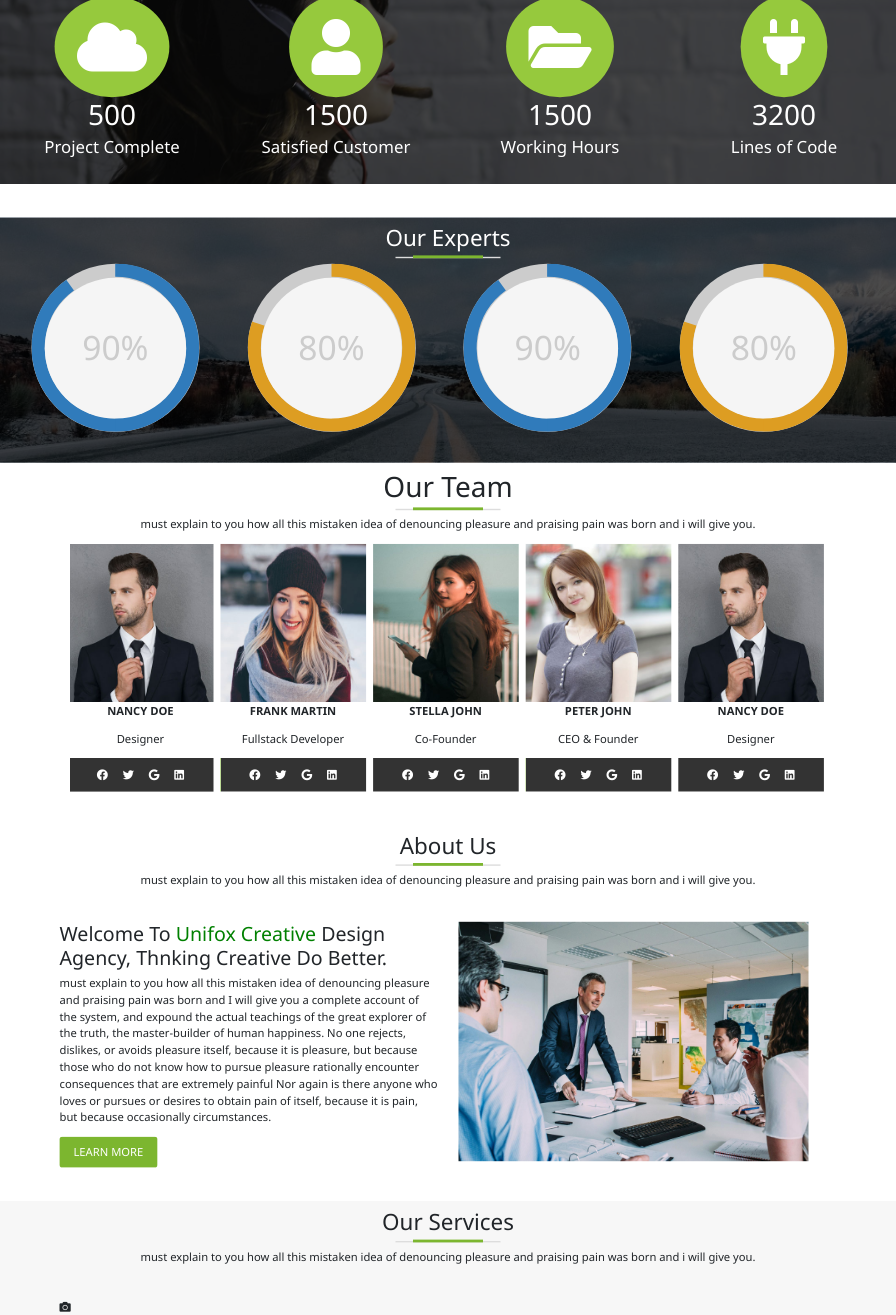
Repository: ibrkhalil/Uniforce-First-Attempt
Page: index.html
An editor plug-in stored every save of this project. The page is shown before and after the next save, followed by the edit.
The browser window is 1280 px wide. The pictures show the part of the page from y = 757 to 2677 px (the page is 2636 px tall before and 2677 px after), at 70% of full size.
Backgrounds fixed to the window are drawn as part of the page.

Above is the page before, as saved 2021-01-24 02:41:59.

### index.html
<!DOCTYPE html>
<html lang="en">
  <head>
    <meta charset="UTF-8" />
    <link rel="stylesheet" href="./bootstrap.min.css" />
    <link rel="stylesheet" href="owl.carousel.css" />
    <link rel="preconnect" href="https://fonts.gstatic.com" />
    <link rel="stylesheet" href="./jquery-ui.css" />
    <link
      rel="stylesheet"
      href="https://use.fontawesome.com/releases/v5.15.2/css/all.css"
      integrity="sha384-vSIIfh2YWi9wW0r9iZe7RJPrKwp6bG+s9QZMoITbCckVJqGCCRhc+ccxNcdpHuYu"
      crossorigin="anonymous"
    />
    <link rel="stylesheet" href="./circle.css" />
    <link
      href="https://fonts.googleapis.com/css2?family=Open+Sans&display=swap"
      rel="stylesheet"
    />
    <link rel="stylesheet" href="style.css" />
    <meta name="viewport" content="width=device-width, initial-scale=1.0" />
    <title>Unifox</title>
  </head>

  <body>
    <div class="main-nav">
      <nav
        class="navbar navbar-expand-lg justify-content-around sticky-top navbar-fixed-top"
      >
        <!-- <div class="container"> -->
        <a class="navbar-brand" href="#"><h3 class="unifox">UNIFOX</h3></a>
        <button
          class="navbar-toggler"
          type="button"
          data-toggle="collapse"
          data-target="#navbarSupportedContent"
          aria-controls="navbarSupportedContent"
          aria-expanded="false"
          aria-label="Toggle navigation"
        >
          <span class="fa fa-bars fa-3x"></span>
        </button>
        <div class="">
          <div class="nav-items">
            <div class="collapse navbar-collapse" id="navbarSupportedContent">
              <ul class="navbar-nav mr-auto">
                <li class="item">
                  <a class="nav-link active" href="#">HOME</a>
                </li>
                <li class="nav-item"><a class="nav-link" href="#">ABOUT</a></li>
                <li class="nav-item">
                  <a class="nav-link" href="#">SERVICES</a>
                </li>
                <li class="nav-item">
                  <a class="nav-link" href="#">POROFOLIO</a>
                </li>
                <li class="nav-link"><a href="#">PRICES</a></li>
                <li class="nav-link"><a href="#">TEAM</a></li>
                <li class="nav-link"><a href="#">TESTIMONIALS</a></li>
                <li class="nav-link"><a href="#">BLOG</a></li>
                <li class="nav-link"><a href="#">CONTACT</a></li>
              </ul>
            </div>
          </div>
        </div>

        <!-- </div> -->
      </nav>

      <!-- nav end -->

      <div class="jumbotron">
        <h1 class="display-4 jumbo-main-text">
          <strong>Unifox Creative & Unique.</strong>
        </h1>
        <p class="lead jumbo-subtext">
          Unifox Denounce With Righteous Indignation And Dislike Men Who Are So
          Beguiled And Demoralized By The Charms Of Pleasure Of The Moment.
        </p>

        <div class="jumbo-btns">
          <p class="lead">
            <a class="btn jumbo-btn btn-primary btn-lg" href="#" role="button"
              >Download Now</a
            >
          </p>
          <p class="lead">
            <a class="btn jumbo-btn btn-primary btn-lg" href="#" role="button"
              >Discover More</a
            >
          </p>
        </div>
      </div>
      <!-- jumbotron end -->
      <!-- heading end -->
    </div>
    <div class="counting-number parallax">
      <div class="container-fluid">
        <div class="row">
          <div class="col-md-3">
            <i class="fa counting-icon fa-cloud fa-5x"></i>
            <h1 class="counter" data-count="500">0</h1>
            <h4>Project Complete</h4>
          </div>
          <div class="col-md-3">
            <i class="fa counting-icon fa-user fa-5x"></i>
            <h1 class="counter" data-count="1500">0</h1>
            <h4>Satisfied Customer</h4>
          </div>
          <div class="col-md-3">
            <i class="fa counting-icon fa-folder-open fa-5x"></i>
            <h1 class="counter" data-count="1500">0</h1>
            <h4>Working Hours</h4>
          </div>
          <div class="col-md-3">
            <i class="fa counting-icon fa-plug fa-5x"></i>
            <h1 class="counter" data-count="3200">0</h1>
            <h4>Lines of Code</h4>
          </div>
        </div>
      </div>
    </div>

    <br />
    <br />

    <!-- Counting number div -->
    <div class="our-experts-main">
      <h2 class="our-experts-word line">Our Experts</h2>

      <div class="our-experts">
        <div class="clearfix circular-icons">
          <div class="c100 p90 big blue">
            <span>90%</span>
            <div class="slice">
              <div class="bar"></div>
              <div class="fill"></div>
            </div>
          </div>
          <div class="c100 p80 big orange">
            <span>80%</span>
            <div class="slice">
              <div class="bar"></div>
              <div class="fill"></div>
            </div>
          </div>
          <div class="c100 p90 big blue">
            <span>90%</span>
            <div class="slice">
              <div class="bar"></div>
              <div class="fill"></div>
            </div>
          </div>

          <div class="c100 p80 big orange">
            <span>80%</span>
            <div class="slice">
              <div class="bar"></div>
              <div class="fill"></div>
            </div>
          </div>
        </div>
        <!-- /green -->

        <!-- orange -->
        <div class="clearfix"></div>
      </div>
    </div>

    <!-- experts end -->

    <div class="our-team">
      <div class="container">
        <div class="our-team-text">
          <h1 class="line">Our Team</h1>

          <p>
            must explain to you how all this mistaken idea of denouncing
            pleasure and praising pain was born and i will give you.
          </p>
        </div>
        <div class="top-content">
          <div class="container-fluid">
            <div class="owl-carousel owl-theme">
              <div class="item">
                <img
                  src="./images/1 (1).jpg"
                  class="img-fluid mx-auto d-block"
                  alt="img1"
                />
                <strong class="team-member-name">
                  <p>STELLA JOHN</p>
                </strong>
                <p>Co-Founder</p>
                <div class="social-media-icons" data-content="Link Hover">
                  <div
                    class="container d-flex justify-content-around align-items-center"
                  >
                    <i class="fab fa-facebook"></i>
                    <i class="fab fa-twitter"></i>
                    <i class="fab fa-google"></i>
                    <i class="fab fa-linkedin"></i>
                  </div>
                </div>
              </div>

              <div class="item">
                <img
                  src="./images/2 (1).jpg"
                  class="img-fluid mx-auto d-block"
                  alt="img2"
                />
                <strong class="team-member-name">
                  <p>PETER JOHN</p>
                </strong>
                <p>CEO & Founder</p>
                <div class="social-media-icons">
                  <div
                    class="container d-flex justify-content-around align-items-center"
                  >
                    <i class="fab fa-facebook"></i>
                    <i class="fab fa-twitter"></i>
                    <i class="fab fa-google"></i>
                    <i class="fab fa-linkedin"></i>
                  </div>
                </div>
              </div>

              <div class="item">
                <img
                  src="./images/3 (1).jpg"
                  class="img-fluid mx-auto d-block"
                  alt="img3"
                />
                <strong class="team-member-name">
                  <p>NANCY DOE</p>
                </strong>
                <p>Designer</p>
                <div class="social-media-icons">
                  <div
                    class="container d-flex justify-content-around align-items-center"
                  >
                    <i class="fab fa-facebook"></i>
                    <i class="fab fa-twitter"></i>
                    <i class="fab fa-google"></i>
                    <i class="fab fa-linkedin"></i>
                  </div>
                </div>
              </div>

              <div class="item">
                <img
                  src="./images/4.jpg"
                  class="img-fluid mx-auto d-block"
                  alt="img4"
                />
                <strong class="team-member-name">
                  <p>FRANK MARTIN</p>
                </strong>
                <p>Fullstack Developer</p>
                <div class="social-media-icons">
                  <div
                    class="container d-flex justify-content-around align-items-center"
                  >
                    <i class="fab fa-facebook"></i>
                    <i class="fab fa-twitter"></i>
                    <i class="fab fa-google"></i>
                    <i class="fab fa-linkedin"></i>
                  </div>
                </div>
              </div>
            </div>
          </div>
        </div>
      </div>
    </div>
        <section class="about-section my-5 green-bottom-border">
            <div class="container">
                <h2 class="line">About Us</h2>
                <p class="mb-5 aligny-center">must explain to you how all this mistaken idea of denouncing pleasure and praising pain was born and i will give you.</p>
                <div class="row">
                    <div class="col-md-6"><h3>Welcome To <span class="green-color">Unifox Creative</span> Design Agency, Thnking Creative Do Better.</h3><p>must explain to you how all this mistaken idea of denouncing pleasure and praising pain was born and I will give you a complete account of the system, and expound the actual teachings of the great explorer of the truth, the master-builder of human happiness. No one rejects, dislikes, or avoids pleasure itself, because it is pleasure, but because those who do not know how to pursue pleasure rationally encounter consequences that are extremely painful Nor again is there anyone who loves or pursues or desires to obtain pain of itself, because it is pain, but because occasionally circumstances.</p>
                    <a href="#" class="btn social-media-icons-invert">LEARN MORE</a>
                    </div>
                    <div class="col-md-6">
                        <img src="./about-bg.jpg" src="about" width="500px">
                    </div>
                </div>
            </div>
            </section>

            <section class="our-services">
                    <div class="container">

                        <h2 class="our-services-word line">
                            Our Services
                        </h2>
                        <p class="aligny-center mb-5">must explain to you how all this mistaken idea of denouncing pleasure and praising pain was born and i will give you.</p>
                        <div class="row">
                            <div class="col-md-4">
                                <i class="fas fa-camera"></i>

                            </div>
                            <div class="col-md-4"></div>
                            <div class="col-md-4"></div>
                        </div>

                    </div>
            </section>



    <script src="./jquery.js"></script>
    <script src="./jquery-ui.js"></script>
    <script src="./owl.carousel.js"></script>
    <script src="./owl.autoplay.js"></script>
    <script src="./bootstrap.js"></script>
    <script src="./script.js"></script>
  </body>
</html>

### style.css
*{
    margin: 0;
    padding: 0;
}
body{
    font-family: 'Segoe UI', Tahoma, Geneva, Verdana, sans-serif;
}
.nav-items{
    display: flex;
    width: 100%;
    justify-content: space-between;
}

.main-nav h3{
    font-family: 'Open Sans', sans-serif;
    font-weight: bold;
    font-size: x-large;
}
.main-nav{
    transition: all 200ms;
    font-size: small;
    background: linear-gradient(to right, #96c93d, #00b09b);
    height: 100vh;
}
.main-nav a{
    text-decoration: none;
    color: white;
    border: none;
}
 .main-nav li, .main-nav h3 {
    margin-top: 1rem;
}
.circular-icons{
    display: flex;
    justify-content: space-between;
}
.jumbotron{
    text-align: center;
    margin-top: 5rem;
    color: white;
    background-color: transparent;
}
.jumbo-btn{
    background-color: #7CB62F;
}

.navbar-fixed-top a:hover{
    color: #3e3e3e;
}
.navbar-fixed-top.scrolled {
    width: 100vw;
    background-color: #fff !important;
    /* padding: 0.5rem 0; */
    /* transition: all 200ms ease; */

  }
/* .navbar-fixed-top.scrolled  a{
    color: black;

  } */
  .navbar-fixed-top.scrolled  a:hover{
    color: gray;

  }
.jumbo-btns{
    display: flex;
    justify-content: center;
}
.jumbo-subtext{

    margin: 2rem auto;
    width: 50%;
}
.jumbo-main-text{
font-weight: 400;
}
.jumbo-btns p{
   margin-right: 0.5rem;
}
.lead-btns a{
    display: flex;
    border: none;
}
.parallax {
    background-image: url("./fun_facts_bg.jpg");
    height: 300px;
    background-blend-mode: overlay;
    background-attachment: fixed;
    background-position: center;
    background-repeat: no-repeat;
    background-size: cover;
    background-color: rgba(0, 0, 0,0.7);
    color: white;
    text-align: center;
    display: flex;
    align-items: center;
  }
  .parallax img {
      height: 300px;
      object-fit: cover;
  }
  .counting-icon{
      padding: 2rem;
      background-color: #96c93d ;
      border-radius: 50%;
  }
.jumbo-btn:hover{
    transition: 1s;
    background-color: black;
}
.line{
    position: relative;
    text-align: center;
    padding: 10px 0;
}
.line::after , .line::before{
    content: "";
    width: 100px;
    height: 4px;
    position: absolute;
    background-color: #7CB62F;
    left: 50%;
    transform: translate(-50%,0);
    bottom: 0;
}
.line::before{
    height: 2px;
    background-color: #ddd;
    width: 150px;
}


.clearfix:before,.clearfix:after {content: " "; display: table;}
.clearfix:after {clear: both;}
.clearfix {*zoom: 1;}


.our-experts-main{
    background-image: url("./skill-bg.jpg");
    height: 350px;
    background-blend-mode: overlay;
    background-attachment: fixed;
    background-position: center;
    background-repeat: no-repeat;
    background-size: cover;
    background-color: rgba(0, 0, 0,0.7);
    color: white;
}
.our-experts-main:first-child{
    display: flex;
    justify-content: center;
}
.our-experts h2{
    display: block !important;
}
.our-team{
    text-align: center;
}
@media (min-width: 768px) and (max-width: 991px) {
    /* Show 4th slide on md if col-md-4*/
    .carousel-inner .active.col-md-4.carousel-item + .carousel-item + .carousel-item + .carousel-item {
        position: absolute;
        top: 0;
        right: -33.3333%;  /*change this with javascript in the future*/
        z-index: -1;
        display: block;
        visibility: visible;
    }
}
@media (min-width: 576px) and (max-width: 768px) {
    /* Show 3rd slide on sm if col-sm-6*/
    .carousel-inner .active.col-sm-6.carousel-item + .carousel-item + .carousel-item {
        position: absolute;
        top: 0;
        right: -50%;  /*change this with javascript in the future*/
        z-index: -1;
        display: block;
        visibility: visible;
    }
}
@media (min-width: 576px) {
    .carousel-item {
        margin-right: 0;
    }
    /* show 2 items */
    .carousel-inner .active + .carousel-item {
        display: block;
    }
    .carousel-inner .carousel-item.active:not(.carousel-item-right):not(.carousel-item-left),
    .carousel-inner .carousel-item.active:not(.carousel-item-right):not(.carousel-item-left) + .carousel-item {
        transition: none;
    }
    .carousel-inner .carousel-item-next {
        position: relative;
        transform: translate3d(0, 0, 0);
    }
    /* left or forward direction */
    .active.carousel-item-left + .carousel-item-next.carousel-item-left,
    .carousel-item-next.carousel-item-left + .carousel-item,
    .carousel-item-next.carousel-item-left + .carousel-item + .carousel-item {
        position: relative;
        transform: translate3d(-100%, 0, 0);
        visibility: visible;
    }
    /* farthest right hidden item must be also positioned for animations */
    .carousel-inner .carousel-item-prev.carousel-item-right {
        position: absolute;
        top: 0;
        left: 0;
        z-index: -1;
        display: block;
        visibility: visible;
    }
    /* right or prev direction */
    .active.carousel-item-right + .carousel-item-prev.carousel-item-right,
    .carousel-item-prev.carousel-item-right + .carousel-item,
    .carousel-item-prev.carousel-item-right + .carousel-item + .carousel-item {
        position: relative;
        transform: translate3d(100%, 0, 0);
        visibility: visible;
        display: block;
        visibility: visible;
    }
}
/* MD */
@media (min-width: 768px) {
    /* show 3rd of 3 item slide */
    .carousel-inner .active + .carousel-item + .carousel-item {
        display: block;
    }
    .carousel-inner .carousel-item.active:not(.carousel-item-right):not(.carousel-item-left) + .carousel-item + .carousel-item {
        transition: none;
    }
    .carousel-inner .carousel-item-next {
        position: relative;
        transform: translate3d(0, 0, 0);
    }
    /* left or forward direction */
    .carousel-item-next.carousel-item-left + .carousel-item + .carousel-item + .carousel-item {
        position: relative;
        transform: translate3d(-100%, 0, 0);
        visibility: visible;
    }
    /* right or prev direction */
    .carousel-item-prev.carousel-item-right + .carousel-item + .carousel-item + .carousel-item {
        position: relative;
        transform: translate3d(100%, 0, 0);
        visibility: visible;
        display: block;
        visibility: visible;
    }
}
/* LG */
@media (min-width: 991px) {
    /* show 4th item */
    .carousel-inner .active + .carousel-item + .carousel-item + .carousel-item {
        display: block;
    }
    .carousel-inner .carousel-item.active:not(.carousel-item-right):not(.carousel-item-left) + .carousel-item + .carousel-item + .carousel-item {
        transition: none;
    }
    /* Show 5th slide on lg if col-lg-3 */
    .carousel-inner .active.col-lg-3.carousel-item + .carousel-item + .carousel-item + .carousel-item + .carousel-item {
        position: absolute;
        top: 0;
        right: -25%;  /*change this with javascript in the future*/
        z-index: -1;
        display: block;
        visibility: visible;
    }
    /* left or forward direction */
    .carousel-item-next.carousel-item-left + .carousel-item + .carousel-item + .carousel-item + .carousel-item {
        position: relative;
        transform: translate3d(-100%, 0, 0);
        visibility: visible;
    }
    /* right or prev direction //t - previous slide direction last item animation fix */
    .carousel-item-prev.carousel-item-right + .carousel-item + .carousel-item + .carousel-item + .carousel-item {
        position: relative;
        transform: translate3d(100%, 0, 0);
        visibility: visible;
        display: block;
        visibility: visible;
    }
}
.social-media-icons{
    color: white;
    padding: 1rem;
    /* background: red; */
    background: linear-gradient(to left, #333 50%, #7CB62F 50%) right;
    background-size: 200%;
    transition: 1s ease;
}
.social-media-icons:hover{
    background-position:left;
}
.social-media-icons i{
    cursor: pointer;
}
.social-media-icons-invert{
    color: white;
    padding: 1rem;
    background: linear-gradient(to left, #7CB62F 50%, #333 50%) right;
    background-size: 200%;
    transition: 1s ease;
}
.social-media-icons-invert:hover{
    background-position:left;
}

.aligny-center{
    text-align: center;
}
.green-color{
    color: green;
}
.about-section a{
    padding: 10px 20px;
    border: none;
    background-color: #7CB62F;
    color: white;
}
.our-services{
    background-color: #F7F7F7;
}


.social-media-icons .fab:hover{
    transition: 1s;
    color: gold;
}
.carousel-item:nth-child(2){
    margin-bottom: 1rem;
}

@media screen and (max-width: 768px){
    /* .navbar-nav{ */
        .navbody{
        display: none;
        justify-content: center;
        width: 100vw;
        /* float: right; */
    }
}

Loaded but not shown: bootstrap.min.css (library); owl.carousel.css (library); jquery-ui.css (library); jquery.js (library); jquery-ui.js (library); owl.carousel.js (library); owl.autoplay.js (library); bootstrap.js (library); script.js (88 lines, source omitted); circle.css (879 lines, source omitted)

After the next save:
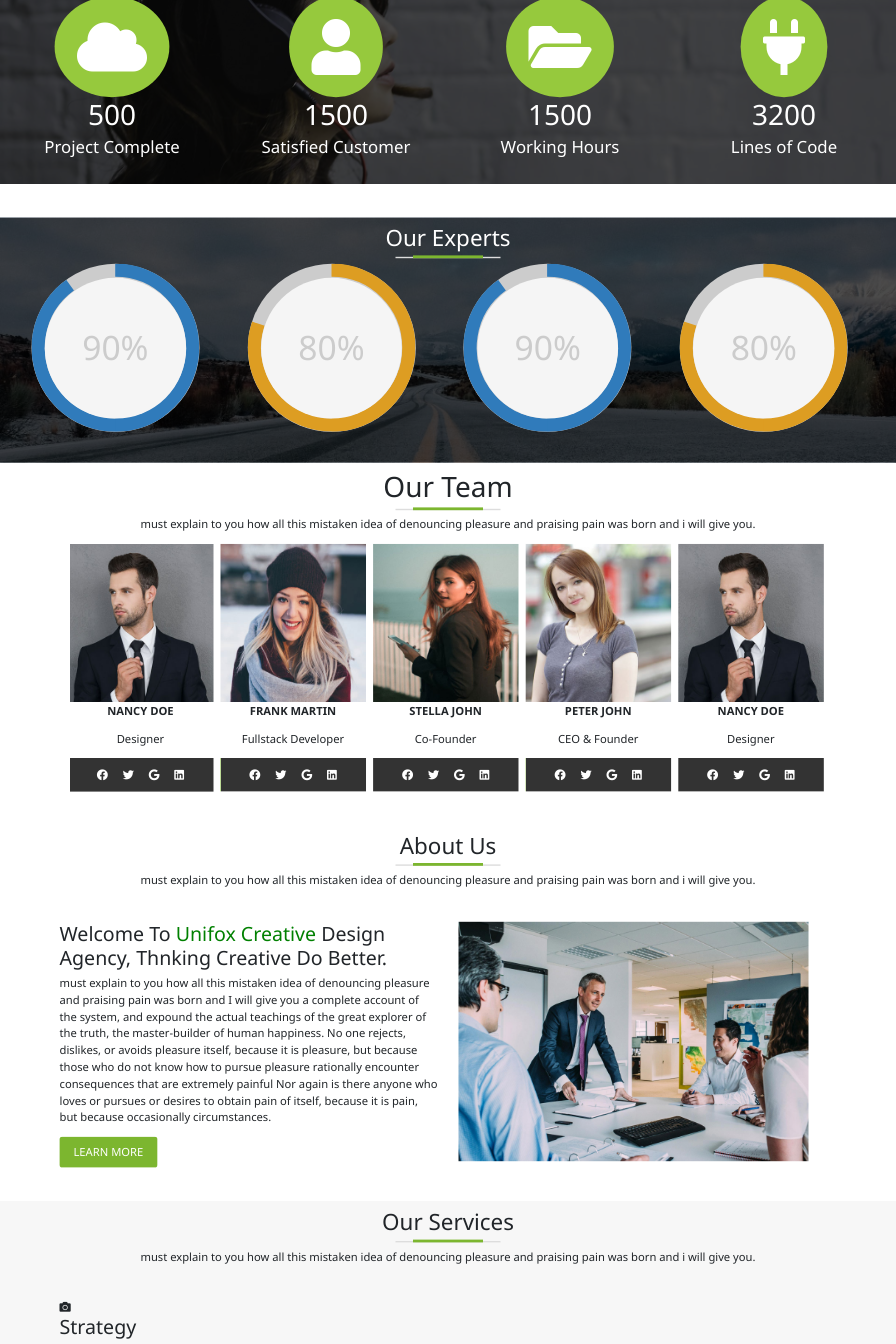
Saved 5 s later.
--- a/index.html
+++ b/index.html
@@ -299,6 +299,7 @@
                         <div class="row">
                             <div class="col-md-4">
                                 <i class="fas fa-camera"></i>
+                                <h3>Strategy</h3>
 
                             </div>
                             <div class="col-md-4"></div>
